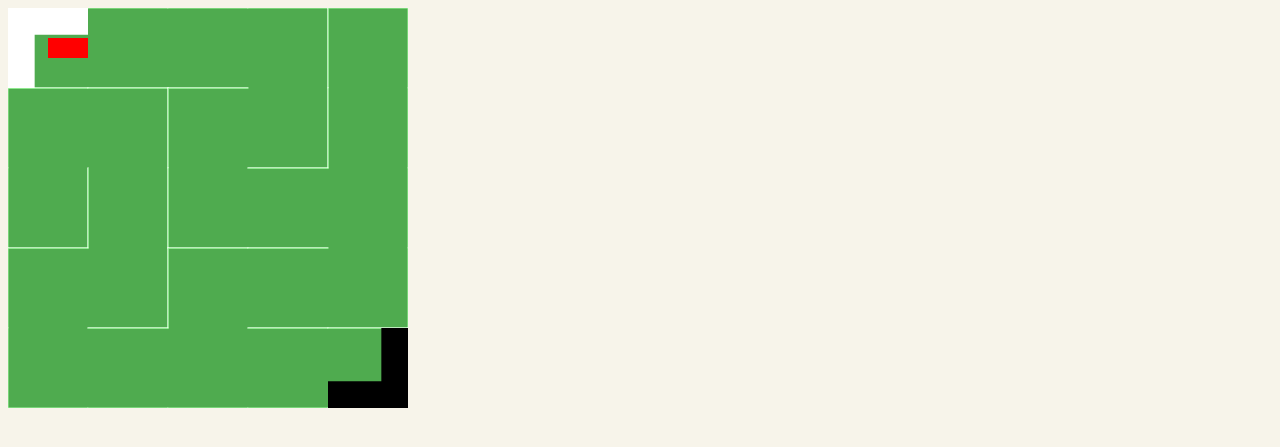
Repository: animarcus/maze-generator
Page: index.html
These files come from the project's save history. The page is drawn as it stood at one moment and after the next save; the edit follows.
The browser window is 1280 px wide. The pictures show the whole page.
Some web libraries are served in a nearby version.

Above is the page before, as saved 2020-09-12 18:10:45.

After the next save:
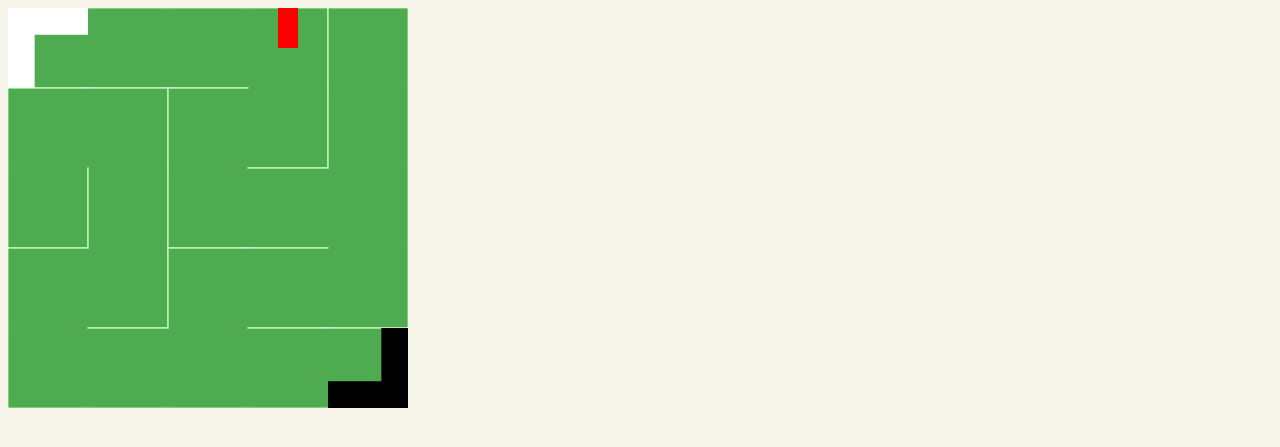
Saved 8 s later.
--- a/js/sketch.js
+++ b/js/sketch.js
@@ -82,7 +82,7 @@ let maze = {
     fill(color("red"));
     // rect(solver.i+w/10,solver.j+w/10,w-w/5,w-w/5);
     solver.draw();
-    // solver.move();
+    solver.move();
   }
 };
 
